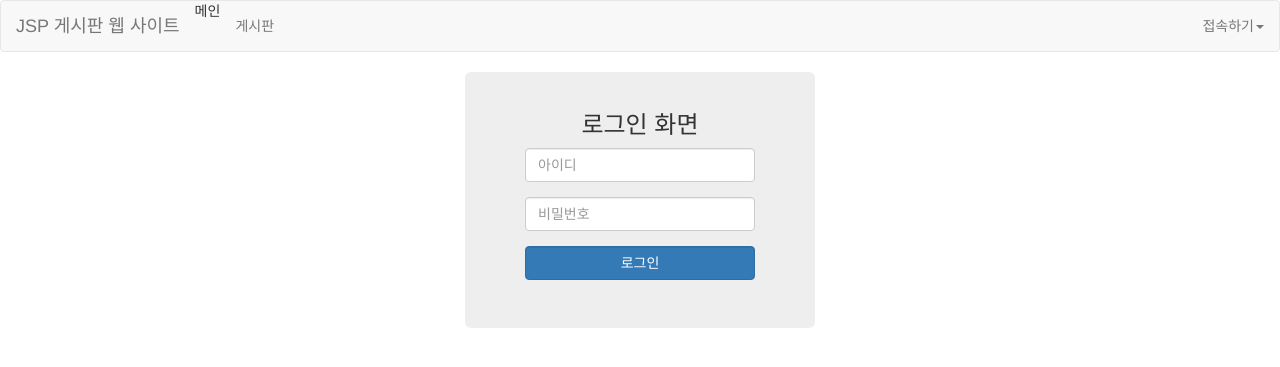
Repository: winter9388/JSP_BBS
Page: http://localhost/BBS/퍋ㅈ.jsp
These files come from the project's save history. The page is drawn as it stood at one moment and after the next save; the edit follows.
The browser window is 1280 px wide. The pictures show the whole page.
Some web libraries are served in a nearby version. The page is served by Tomcat 9. Other server files are loaded and not shown.

Above is the page before, as saved 2022-08-12 11:46:42.

### BBS/src/main/webapp/퍋ㅈ.jsp
<%@ page language="java" contentType="text/html; charset=UTF-8"
    pageEncoding="UTF-8"%>
<%@ page import="java.io.PrintWriter" %>
<!DOCTYPE html>
<html>
<head>
<meta charset="UTF-8">
<meta name="viewport" content="width=device-width", initial-scale="1">
<link rel="stylesheet" href="css/bootstrap.css">
<title>JSP 게시판 웹 사이트</title>
</head>
<body>
	<%
		String userID = null;
		if(session.getAttribute("userID") != null){ // 세션값이 존재하면
			userID = (String)session.getAttribute("userID"); // userID에 새션값을 입력
		}
	%>
	<nav class="navbar navbar-default">
		<div class="navbar-header">
			<button type="button" class="navbar-toggle collapsed"
				data-toggle="collapse" data-target="#bs-example-navbar-collapse-1"
				aria-expended="false">
				<span class="icon-bar"></span>
				<span class="icon-bar"></span>
				<span class="icon-bar"></span>
			</button>
			<a class="navbar-brand" href="main.jsp">JSP 게시판 웹 사이트</a>
		</div>
		<div class="collapse navbar-collapse" id="bs-example-navbar-collapse-1"
			aria-expended="false">
			<ul class="nav navbar-nav">
				<li><aclass="active" href="main.jsp">메인</a></li>
				<li><a href="bbs.jsp">게시판</a></li>
			</ul>

			<%
				if(userID == null){ //세션이 없는경우 (로그인 되있지 않은 경우)만 아래 항목들을 보여줌
			%>
			<ul class="nav navbar-nav navbar-right">
				<li class="dropdown">
					<a href="#" class="dropdown-toggle"
						data-toggle="dropdown" role="button" aria-haspopup="true"
						aria-expanded="false">접속하기<span class="caret"></span></a>
					<ul class="dropdown-menu">
						<li><a href="login.jsp">로그인</a></li>
						<li><a href="join.jsp">회원가입</a></li>
					</ul>
				</li>
			</ul>
			<%
				} else {
			%>
			<ul class="nav navbar-nav navbar-right">
				<li class="dropdown">
					<a href="#" class="dropdown-toggle"
						data-toggle="dropdown" role="button" aria-haspopup="true"
						aria-expanded="false">회원관리<span class="caret"></span></a>
					<ul class="dropdown-menu">
						<li><a href="logoutAction.jsp">로그아웃</a></li>
					</ul>
				</li>
			</ul>
			<%
				}
			%>
		</div>
	</nav>
	<div class="container">
		<div class="col-lg-4"></div>
		<div class="col-lg-4">
			<div class="jumbotron" style="padding-top: 20px">
				<form method="post" action="loginAction.jsp">
					<h3 style="text-align: center;">로그인 화면</h3>
					<div class="form-group">
						<input type="text" class="form-control" placeholder="아이디" name="userID" maxlength="20">
					</div>
					<div class="form-group">
						<input type="password" class="form-control" placeholder="비밀번호" name="userPassword" maxlength="20">
					</div>
					<input type="submit" class="btn btn-primary form-control" value="로그인">
				</form>
			</div>
		</div>
		<div class="col-lg-4"></div>
	</div>

	<script src="https://code.jquery.com/jquery-3.1.1.min.js"></script>
	<script src="js/bootstrap.js"></script>
</body>
</html>

Loaded but not shown: BBS/src/main/webapp/css/bootstrap.css (library); BBS/src/main/webapp/js/bootstrap.js (library)

After the next save:
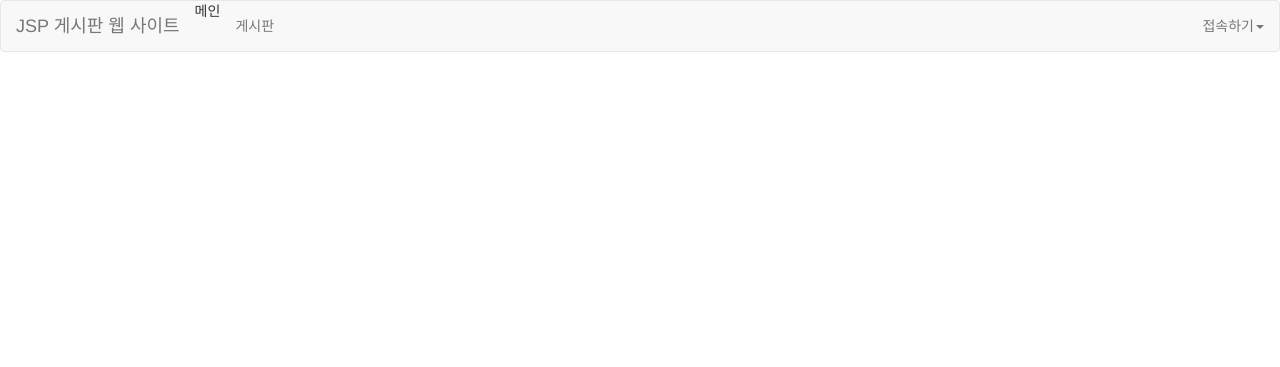
Saved 44 s later.
--- a/BBS/src/main/webapp/퍋ㅈ.jsp
+++ b/BBS/src/main/webapp/퍋ㅈ.jsp
@@ -66,24 +66,6 @@
 			%>
 		</div>
 	</nav>
-	<div class="container">
-		<div class="col-lg-4"></div>
-		<div class="col-lg-4">
-			<div class="jumbotron" style="padding-top: 20px">
-				<form method="post" action="loginAction.jsp">
-					<h3 style="text-align: center;">로그인 화면</h3>
-					<div class="form-group">
-						<input type="text" class="form-control" placeholder="아이디" name="userID" maxlength="20">
-					</div>
-					<div class="form-group">
-						<input type="password" class="form-control" placeholder="비밀번호" name="userPassword" maxlength="20">
-					</div>
-					<input type="submit" class="btn btn-primary form-control" value="로그인">
-				</form>
-			</div>
-		</div>
-		<div class="col-lg-4"></div>
-	</div>
 
 	<script src="https://code.jquery.com/jquery-3.1.1.min.js"></script>
 	<script src="js/bootstrap.js"></script>
